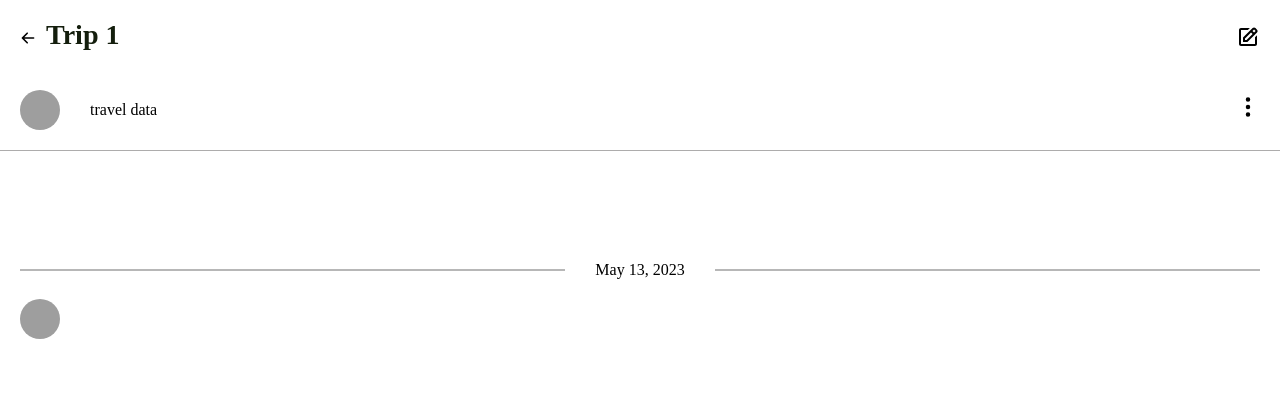
Repository: Abhi2359/PWA_Corider
Page: /
The author's editor kept a copy of each file at every save. The page is drawn from the files as they stood at one save, then again after a run of saves.
The browser window is 1280 px wide. The pictures show the whole page.
Pictures or frames that could not be fetched are drawn as grey boxes. The page's requests for data from a server got no answer. The project was rebuilt for these pictures with package versions that can differ from the ones it lists, and the page was loaded fresh each time. No one was signed in, and anything a server would have sent is missing. Also part of the build but not shown: vite.config.js.

Above is the page before, as saved 2023-05-13 03:08:09.

### src/App.jsx
import { useEffect, useState } from 'react';
import './App.css'
import { fetchData } from './api/fetchData'
import Header from './Header';
import Chat from './Chat';

function App() {
  const [data, setData] = useState([]);
  const [isLoading, setIsLoading] = useState(false);
  const [error, setError] = useState(null);

  useEffect(() => {
    const fetchDataFromApi = async () => {
      setIsLoading(true);

      try {
        const apiData = await fetchData();
        setData(apiData);
      } catch (error) {
        setError(error.message);
      }

      setIsLoading(false);
    };

    fetchDataFromApi();
  }, []);



  return (
    <>
    <div>
    <Header/>
    <div className="chat-container">
   <Chat/>
    </div>
    </div>
    </>
  )
}

export default App

### src/App.css
*{
    margin: 0;
    padding: 0;
    box-sizing: border-box;
}

/* Header css */
.trip{
    display: flex;
    align-items: center;
    justify-content: space-between;
    margin: 10px;
    padding: 10px;
    box-shadow: #adacac;
}
.icon {
    margin-right: 10px;
  }

  .trip_no {
    margin-right: auto;
    margin-bottom: 10px;
    width: 275px;
height: 30px;

font-family: 'Mulish';
font-style: normal;
font-weight: 700;
font-size: 24px;
line-height: 30px;

color: #141E0D;
  }

  .edit_icon {
    margin-left: 10px;
   font-size: 24px;
  }


  .trip_details{
    display: flex;
    align-items: center;
    justify-content: space-between;
    margin: 10px;
    padding: 10px;
}

.user_icon {
    width: 40px;
    height: 40px;
    border-radius: 50%;
    overflow: hidden;
    margin-right: 30px;
  }

  .user_icon img {
    width: 100%;
    height: 100%;
    object-fit: cover;
  }


.travel_data{
    margin-right: auto;
}

.dot_icon{
    margin-left: 10px;
    font-size: 24px;
}
.line {
    border-top: 0.5px solid #adacac;
    margin: 10px 0;
    padding-bottom: 100px;
  }

  .date_container {
    display: flex;
    align-items: center;
  }

  .date-line {
    flex-grow: 1;
 height: 1px;
 border: 1px solid #B7B7B7;
 margin: 0 20px;
  }

  .date {
    margin: 0 10px;
  }

### src/api/fetchData.js
import axios from "axios";

const API_URL = "http://3.111.128.67/assignment/chat";

export const fetchData = async (page) => {
    try {
      const response = await axios.get(API_URL, {
        params: { page },
      });
      return response.data;
    } catch (error) {
      throw new Error('Error while fetching data');
    }
  };

### src/Header.jsx
import React from "react";
import { HiArrowLeft } from "react-icons/hi";
import { BiEdit } from "react-icons/bi";
import { BsThreeDotsVertical } from "react-icons/bs";
import styles from "./App.css";
const Header = () => {
  return (
    <>
      <div className="header">
        <div className="trip">
          <div className="icon">
            <HiArrowLeft />
          </div>
          <div className="trip_no">
            <h3>Trip 1</h3>
          </div>
          <div className="edit_icon">
            <BiEdit />
          </div>
        </div>
        <div className="trip_details">
          <div className="user_icon">
            <img
              src="https://fastly.picsum.photos/id/1072/160/160.jpg?hmac=IDpbpA5neYzFjtkdFmBDKXwgr-907ewXLa9lLk9JuA8"
              alt=""
            />
          </div>
          <div className="travel_data">travel data</div>
          <div className="dot_icon">
            <BsThreeDotsVertical />
          </div>
        </div>
        <div className="line"></div>
        <div className="date_container">
          <div className="date-line"></div>
          <div className="date">May 13, 2023</div>
          <div className="date-line"></div>
        </div>
      </div>
    </>
  );
};

export default Header;

### src/Chat.jsx
import React from 'react'
import styles from "./Chat.css"
const Chat = () => {
  return (
  <>
  <div className="user_chat">
    <div className="user_img"><img src="https://fastly.picsum.photos/id/648/160/160.jpg?hmac=AqrvRqv79fFWHWjjjm_Cn7QPPJ2JVox_CLRgzISsO4o" alt="" /> </div>
    <div className="chat_content">

    <div className="user_message"></div>
    </div>
  </div>
  </>
  )
}

export default Chat

### src/Chat.css
.user_chat{
    padding: 20px;
}




.user_img {
    width: 40px;
    height: 40px;
    border-radius: 50%;
    overflow: hidden;
    margin-right: 30px;
  }

  .user_img img {
    width: 100%;
    height: 100%;
    object-fit: cover;
  }

Loaded but not shown: index.html (common file); src/main.jsx (common file)

After the next 2 saves:
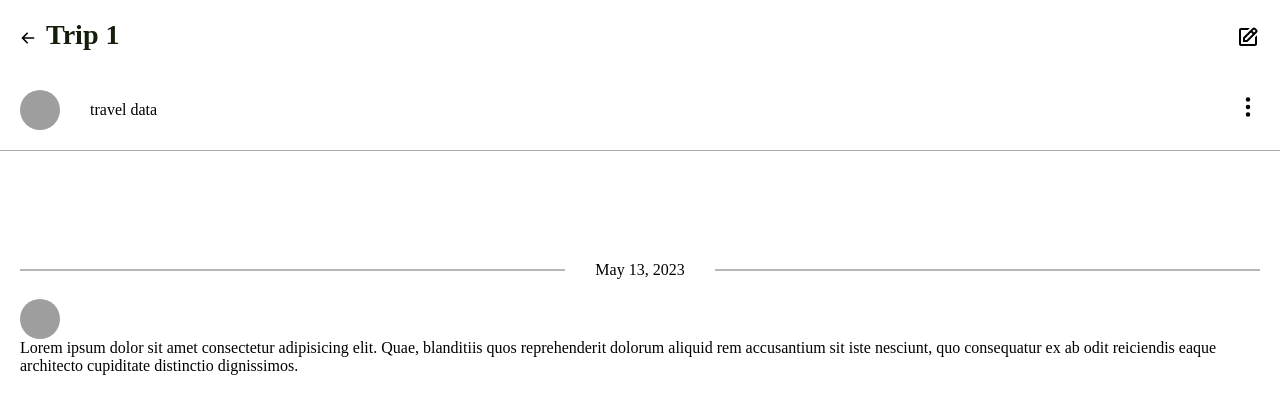
The 2 saves are shown as one change because they came seconds apart.
The last was saved 24 s later.
--- a/src/Chat.jsx
+++ b/src/Chat.jsx
@@ -7,7 +7,7 @@ const Chat = () => {
     <div className="user_img"><img src="https://fastly.picsum.photos/id/648/160/160.jpg?hmac=AqrvRqv79fFWHWjjjm_Cn7QPPJ2JVox_CLRgzISsO4o" alt="" /> </div>
     <div className="chat_content">
 
-    <div className="user_message"></div>
+    <div className="user_message"><p>Lorem ipsum dolor sit amet consectetur adipisicing elit. Quae, blanditiis quos reprehenderit dolorum aliquid rem accusantium sit iste nesciunt, quo consequatur ex ab odit reiciendis eaque architecto cupiditate distinctio dignissimos.</p></div>
     </div>
   </div>
   </>
